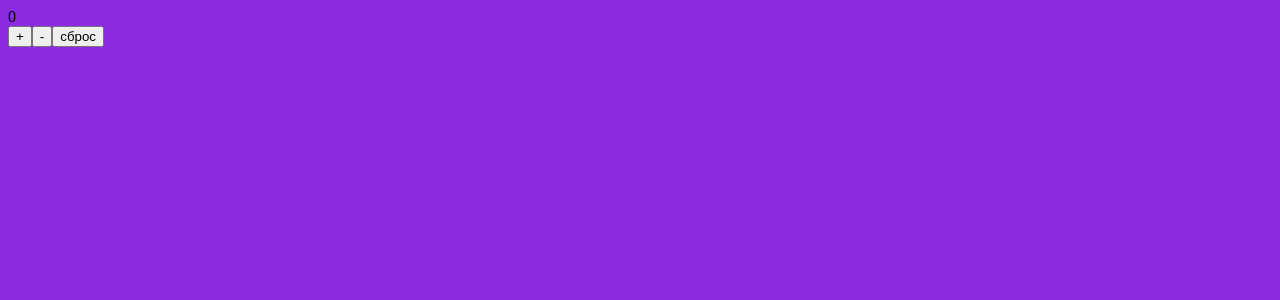
Repository: Denzoll/redux-toolkit-counter
Page: /
The author's editor kept a copy of each file at every save. The page is drawn from the files as they stood at one save, then again after the next save.
The browser window is 1280 px wide. The pictures show the whole page.
The project was rebuilt for these pictures with package versions that can differ from the ones it lists, and the page was loaded fresh each time. Also part of the build but not shown: src/index.css.

Above is the page before, as saved 2022-06-27 13:25:08.

After the next save:
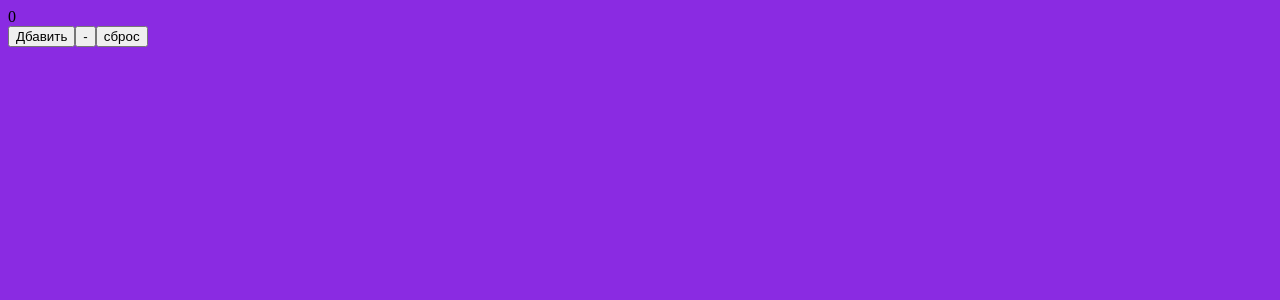
Saved 22 s later.
--- a/src/App.js
+++ b/src/App.js
@@ -18,7 +18,7 @@ function App() {
   return (
     <>
       <div>{num}</div>
-      <button onClick={handleInc}> + </button>
+      <button onClick={handleInc}> Дбавить </button>
       <button onClick={handleDel}>-</button>
       <button onClick={z}> сброс </button>
     </>
